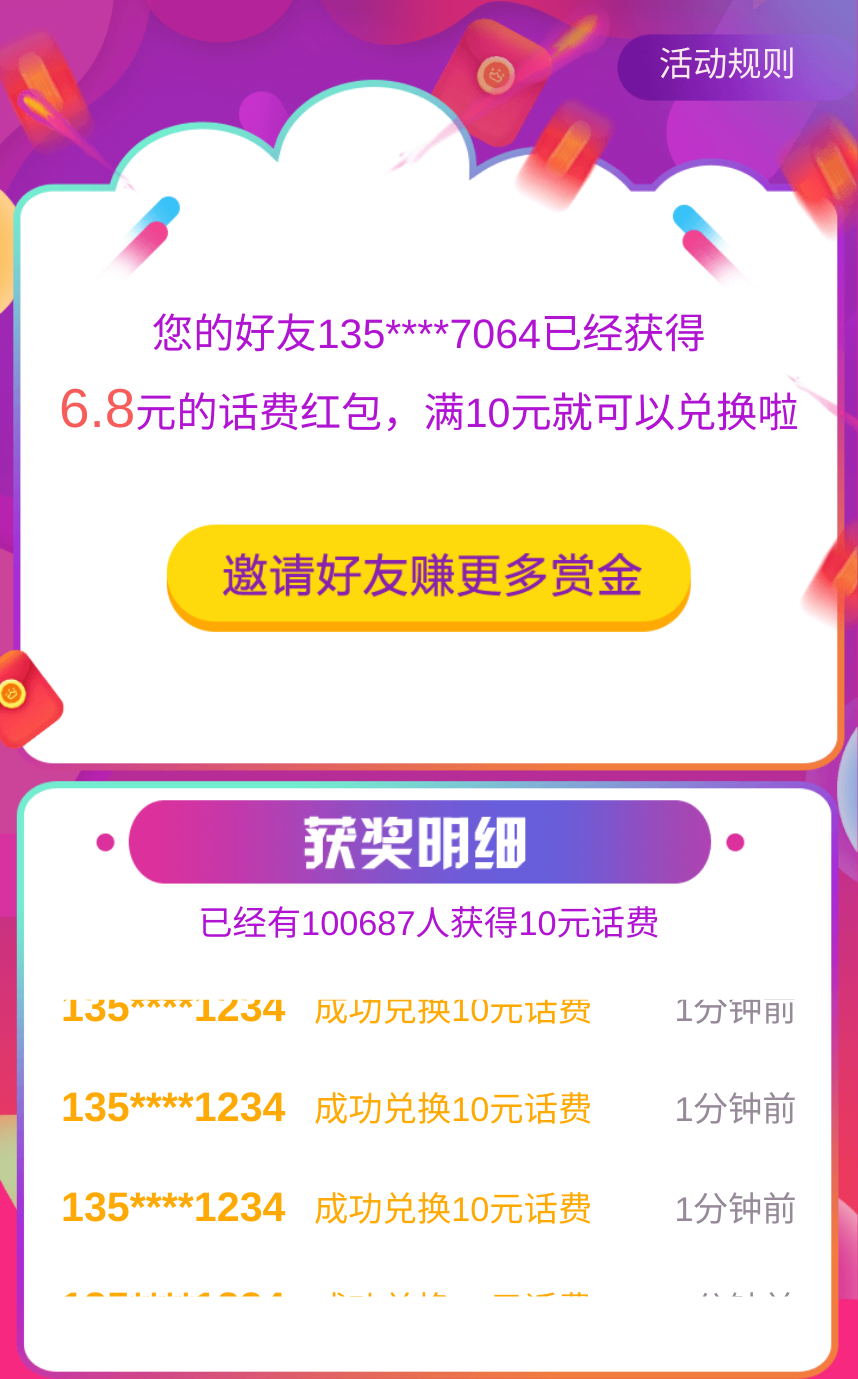
Repository: wangbiaozy/hb
Page: index_hjmx.html
These files come from the project's save history. The page is drawn as it stood at one moment and after the next save; the edit follows.
The browser window is 1280 px wide. The pictures show the whole page, at 67% of full size.

Above is the page before, as saved 2018-08-16 16:40:29.

After the next save:
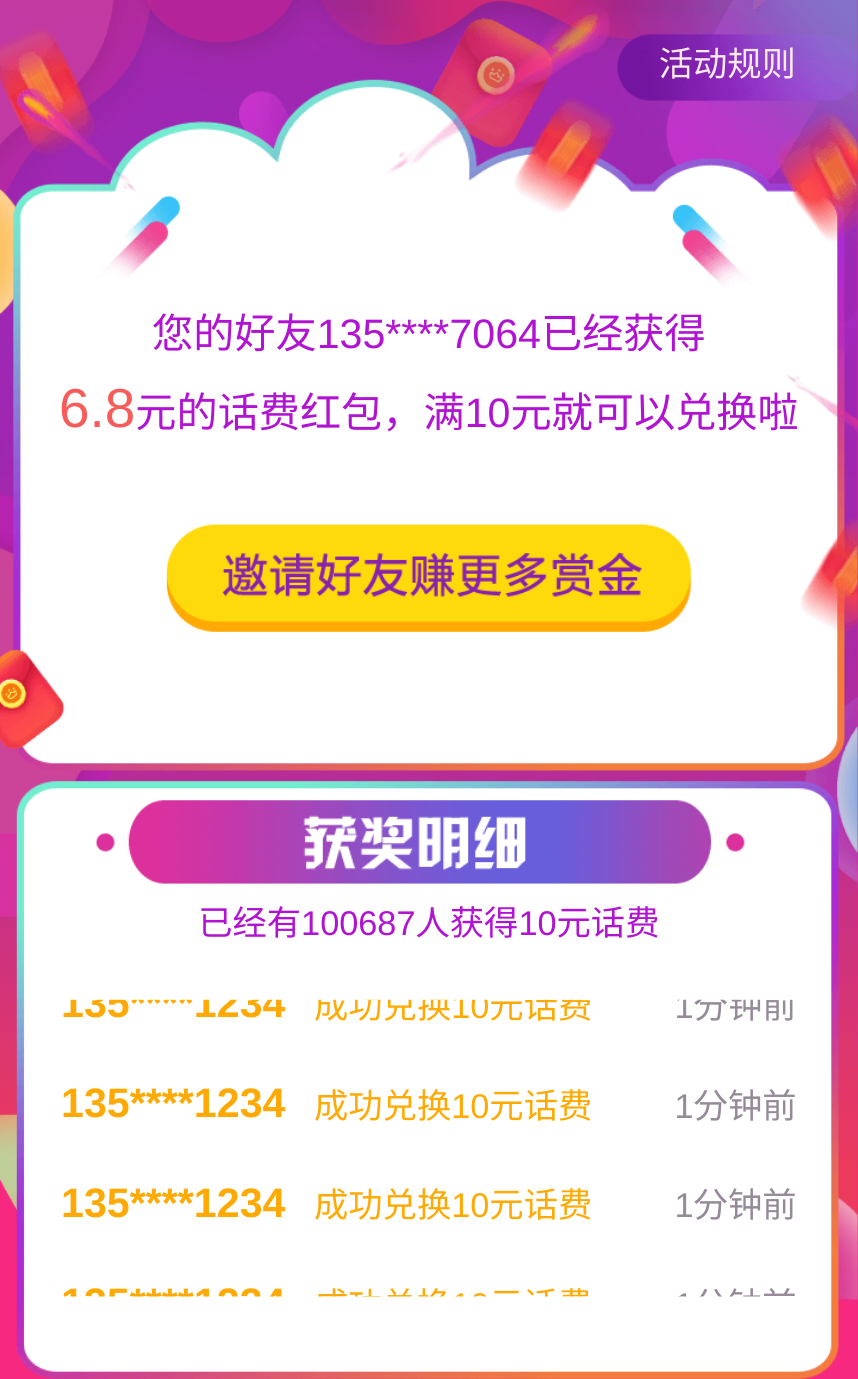
Saved 11 s later.
--- a/js/index.js
+++ b/js/index.js
@@ -53,7 +53,7 @@ $(function () {
     var z = 0;
     function up() {
         listPanel.animate({
-            'top': (z - .5) + 'rem'
+            'top': (z - .6) + 'rem'
         }, 1500, 'linear', function () {
             listPanel.css({'top': '0px'}).find("li:first").appendTo(listPanel);
             up();
